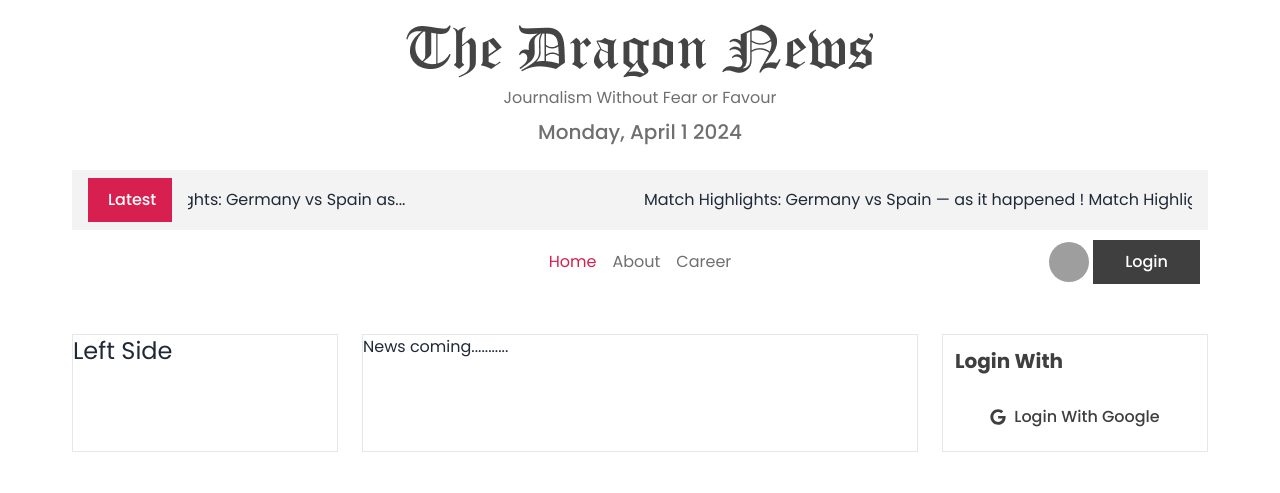
Repository: ShouravAhammed/react-dragon-news-auth
Page: /
An editor plug-in stored every save of this project. The page is shown before and after the next save, followed by the edit.
The browser window is 1280 px wide. The pictures show the whole page.
Pictures or frames that could not be fetched are drawn as grey boxes. The project was rebuilt for these pictures with package versions that can differ from the ones it lists, and the page was loaded fresh each time. Also part of the build but not shown: vite.config.js, src/pages/About/About.jsx, src/pages/Career/Career.jsx.

Above is the page before, as saved 2024-04-13 04:37:26.

After the next save:
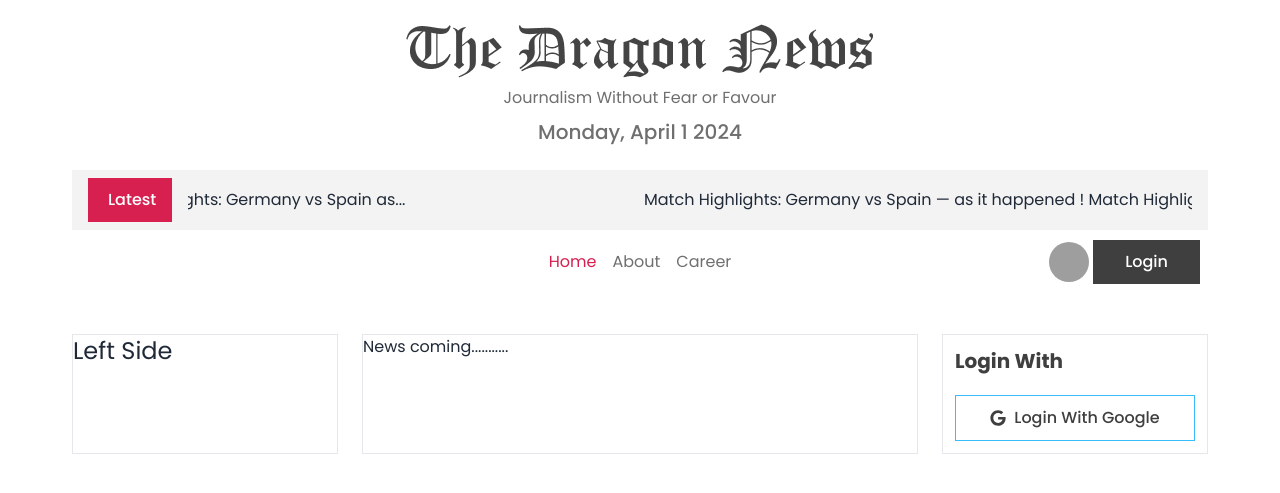
Saved 5 s later.
--- a/src/Components/btnLogin/BtnLogin.jsx
+++ b/src/Components/btnLogin/BtnLogin.jsx
@@ -7,7 +7,7 @@ const BtnLogin = () => {
             <h3 className="text-xl font-bold text-[#403F3F]">Login With</h3>
             <div className="mt-5">
             <button
-        className="w-full px-8 py-2.5 relative group overflow-hidden font-medium bg-white text-[#403F3F] inline-block border-sky-400"
+        className="w-full px-8 py-2.5 relative group overflow-hidden font-medium bg-white text-[#403F3F] inline-block border-sky-400 border"
       >
         <span className="absolute top-0 left-0 flex w-full h-0 mb-0 transition-all duration-200 ease-out transform translate-y-0 bg-[#403F3F] group-hover:h-full"></span>
         <div className="flex justify-center items-center gap-2">
